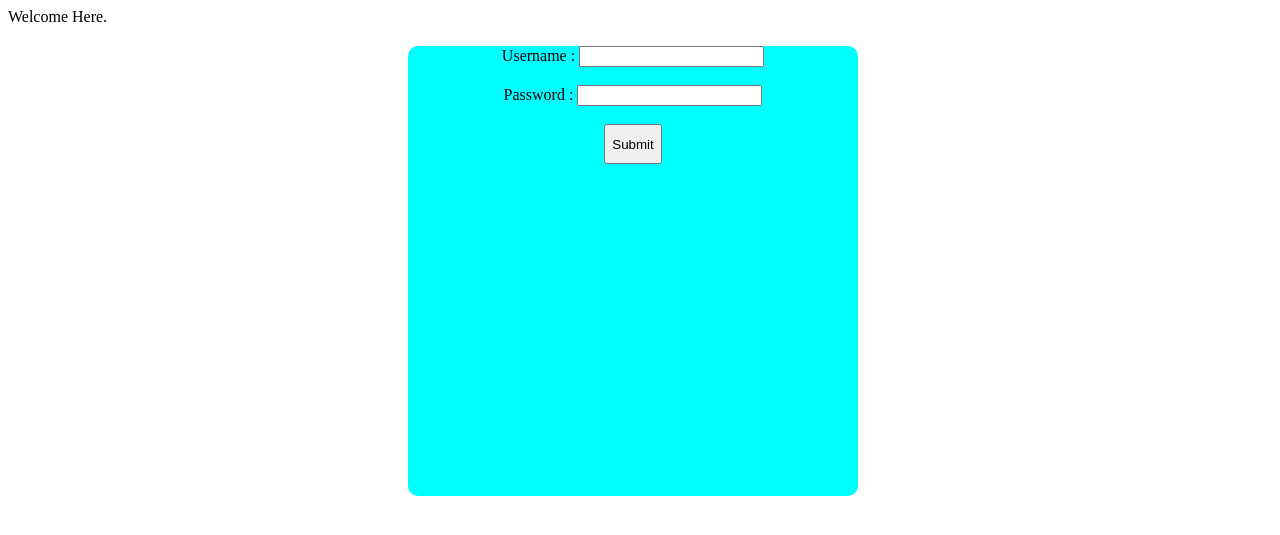
Repository: sunil965/JavaRepo
Page: WebProject/WebContent/index.html
The author's editor kept a copy of each file at every save. The page is drawn from the files as they stood at one save, then again after the next save.
The browser window is 1280 px wide. The pictures show the whole page.

Above is the page before, as saved 2017-04-26 11:28:38.

### WebProject/WebContent/index.html
<!DOCTYPE html>
<html>
<head>
<meta charset="UTF-8">
<title>Insert title here</title>
</head>
<style>
.div{
   border: 5px solid d #983c3c;
   height: 450px;
   width: 450px;
   border-radius: 10px;
   background-color: cyan;
   margin-left: 400px;
   margin-top: 20px;

}
</style>
<body>

<div><hi>Welcome Here.</hi></div>

<div class="div">
<center>
<form action="LoginServlet" method="get" style="height: 231px; ">
Username : <input type="text" id="name"><br><br>
Password : <input type="password" id="name"><br><br>
<input type="submit" style="height: 40px; ">
</form>
</center>
</div>


</body>
</html>

After the next save:
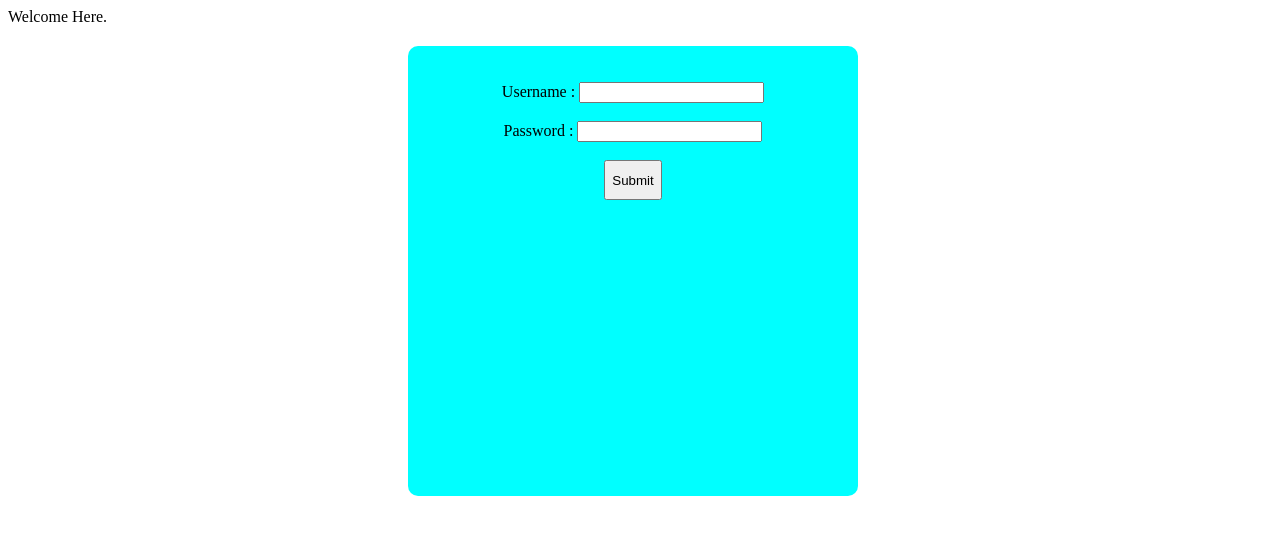
Saved 45 s later.
--- a/WebProject/WebContent/index.html
+++ b/WebProject/WebContent/index.html
@@ -21,7 +21,8 @@
 <div><hi>Welcome Here.</hi></div>
 
 <div class="div">
-<center>
+<center><br><br>
+
 <form action="LoginServlet" method="get" style="height: 231px; ">
 Username : <input type="text" id="name"><br><br>
 Password : <input type="password" id="name"><br><br>
